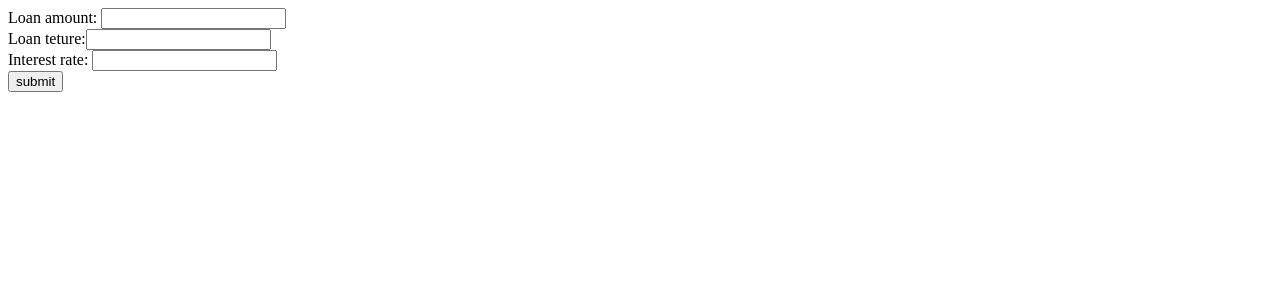
Repository: mohitpatil003/MohitPatil-20136567
Page: Question3/src/main/webapp/Main.html
An editor plug-in stored every save of this project. The page is shown before and after the next save, followed by the edit.
The browser window is 1280 px wide. The pictures show the whole page.

Above is the page before, as saved 2023-07-11 06:13:07.

After the next save:
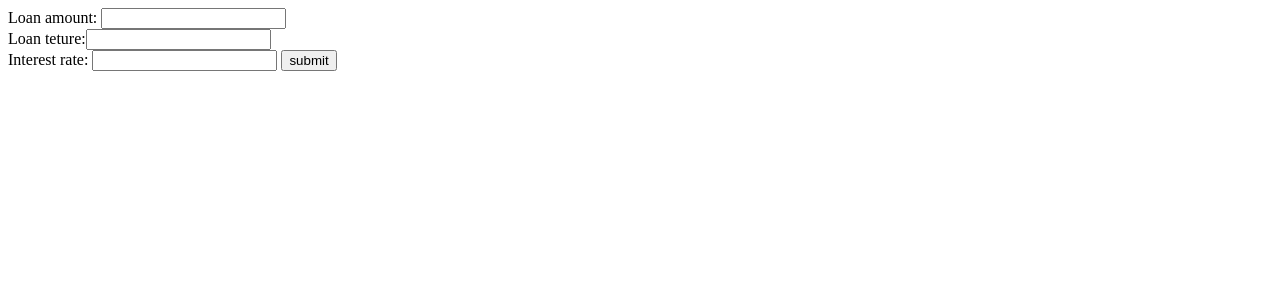
Saved 10 s later.
--- a/Question3/src/main/webapp/Main.html
+++ b/Question3/src/main/webapp/Main.html
@@ -8,9 +8,9 @@
 
 <body>
 	<form action="Main.jsp">
-		Loan amount: <input type="number" name="amount"><br>
-		Loan teture:<input type="number" name="time"><br>
-		Interest rate: <input type="number" name="rate"><br>
+		Loan amount: <input type="text" name="amount"><br>
+		Loan teture:<input type="text" name="time"><br>
+		Interest rate: <input type="text" name="rate">
 		<input type="submit" value="submit">
 	</form>
 </body>
